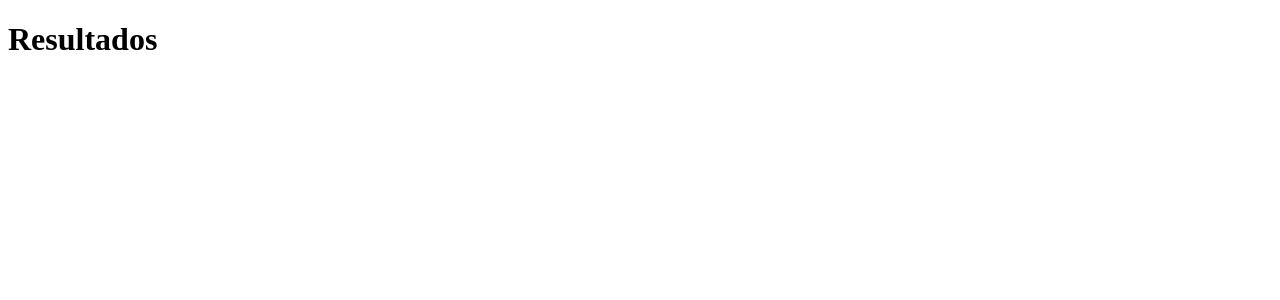
Repository: aldar1/Examen-Final-INF319
Page: http://localhost/test1/resultado.jsp
The author's editor kept a copy of each file at every save. The page is drawn from the files as they stood at one save, then again after the next save.
The browser window is 1280 px wide. The pictures show the whole page.
The page is served by Tomcat 9.

Above is the page before, as saved 2021-12-15 09:19:53.

After the next save:
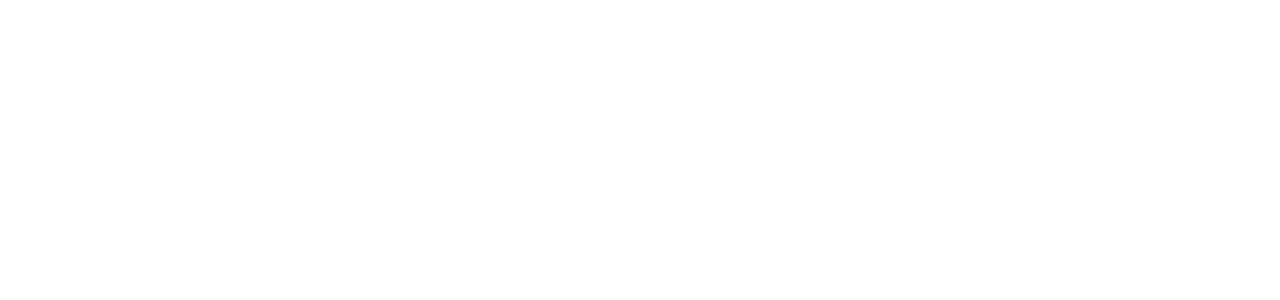
Saved 29 s later.
--- a/Java/test1/src/main/webapp/resultado.jsp
+++ b/Java/test1/src/main/webapp/resultado.jsp
@@ -111,8 +111,7 @@
 	}
 }
 %>
-<body>
-<h1>Resultados</h1>
+
 
 <%
 if(request.getParameter("n_fibo") != null){

After the save that followed:
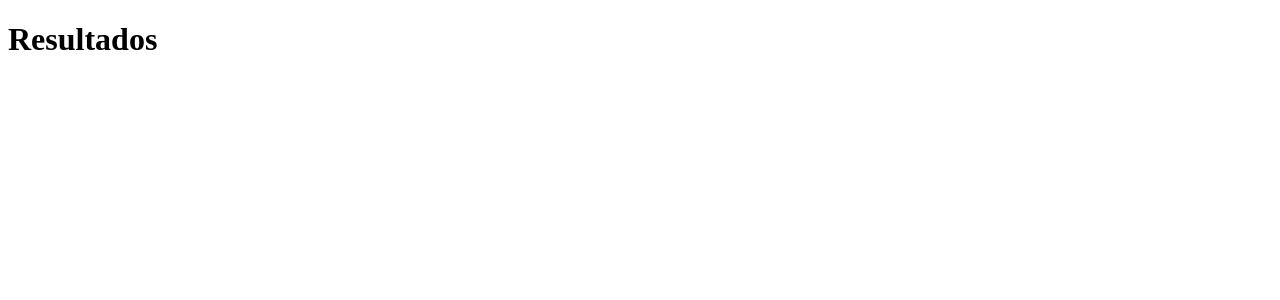
Saved 27 s later.
--- a/Java/test1/src/main/webapp/resultado.jsp
+++ b/Java/test1/src/main/webapp/resultado.jsp
@@ -90,7 +90,9 @@
 	return callable.multimat(a,b);
 }
 %>
-
+<body>
+<h1>Resultados</h1>
+</body>
 <%
 if(request.getParameter("n_prim") != null){
 	out.print("<h2>Primos</h2>");
